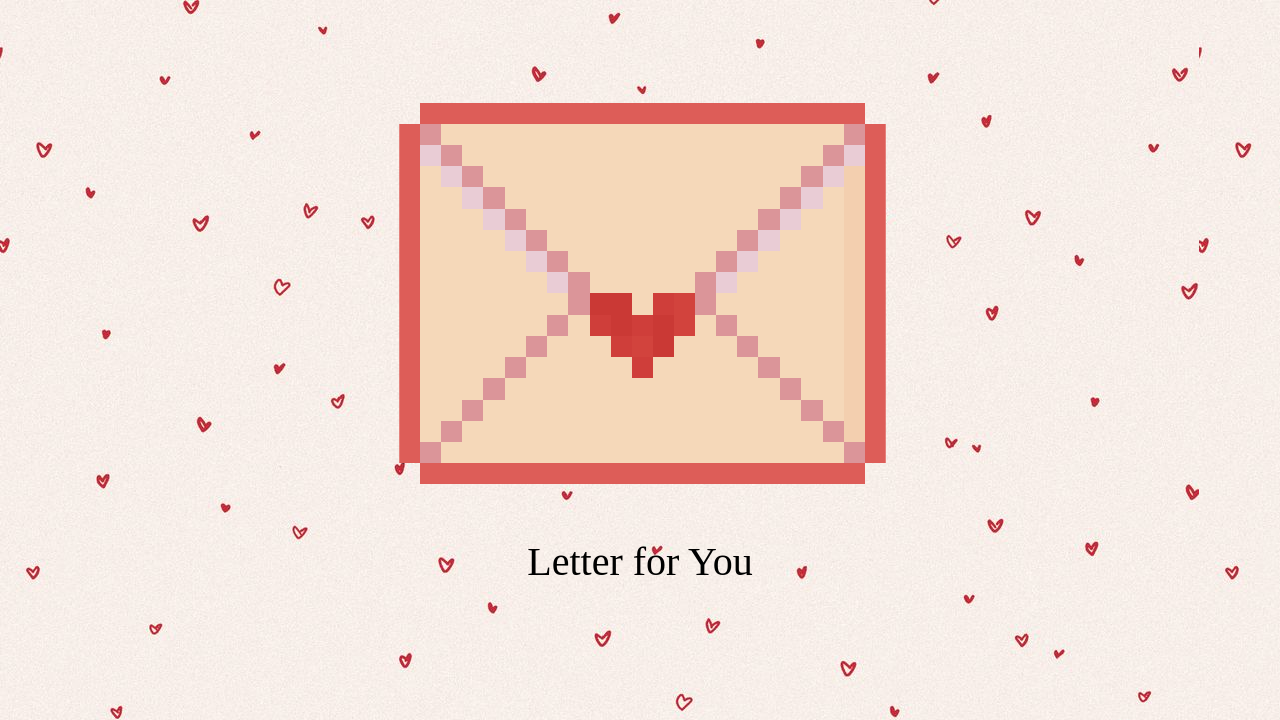
Repository: boofoo-png/valentines
Page: index.html
These files come from the project's save history. The page is drawn as it stood at one moment and after a run of saves; the edit follows.
The browser window is 1280 px wide. The pictures show the whole page.
Some web fonts or font styles are not loaded; a fallback is used.

Above is the page before, as saved 2026-02-01 22:31:30.

### index.html
<!doctype html>
<html lang="en">
    <head>
        <meta charset="UTF-8" />
        <link rel="stylesheet" href="styles.css" />
        <meta name="viewport" content="width=device-width, initial-scale=1.0" />

        <link rel="preconnect" href="https://fonts.googleapis.com" />
        <link rel="preconnect" href="https://fonts.gstatic.com" crossorigin />
        <link
            href="https://fonts.googleapis.com/css2?family=Pixelify+Sans:wght@400..700&family=Playfair+Display:ital,wght@0,400..900;1,400..900&display=swap"
            rel="stylesheet" />
        <title>Valentine Letter</title>
    </head>
    <body>
        <!-- envelope screen-->
        <div id="envelope-container">
            <img src="envelope.png" alt="Envelope" id="envelope-image" />
            <p>Letter for You</p>
        </div>

        <!-- letter screen-->
        <div id="letter-container">
            <div class="letter-window">
                <h1 id="letter-title">Will You Be My Valentine?</h1>

                <img src="cat_heart.gif" alt="Cat" class="letter-cat" />

                <div class="buttons" id="letter-buttons">
                    <img src="yes.png" class="btn yes-btn" alt="yes" />
                    <div class="no-wrapper">
                        <img src="no.png" class="btn no-btn" alt="no" />
                    </div>
                </div>
                <p id="final-text" class="final-text" style="display: none">
                    <strong>Valentine Date: February 14th</strong> Jay Nok at
                    7pm
                </p>
            </div>
        </div>
        <script src="script.js"></script>
    </body>
</html>

### styles.css
body {
    margin: 0;
    height: 100vh;
    display: flex;
    justify-content: center;
    align-items: center;
    background-image: url("heart-bg.jpg");
}

/*Envelope Screen*/

#envelope-container {
    text-align: center;
    cursor: pointer;
}

@keyframes pulse {
    0% {
        transform: scale(1);
    }
    50% {
        transform: scale(1.1);
    }
    100% {
        transform: scale(1);
    }
}

#envelope {
    width: 200px;
    animation: pulse 1.5s infinite;
    cursor: pointer;
}

#letter-container {
    display: none;
    position: fixed;
    inset: 0;
    justify-content: center;
    align-items: center;
}

.letter-window {
    width: 90vw;
    max-width: 800px;
    aspect-ratio: 3/2;
    padding: 20px 20px 0 20px;
    display: flex;
    flex-direction: column;
    justify-content: center;
    text-align: center;
    background-image: url("window.png");
    background-size: contain;
    background-repeat: no-repeat;
    background-position: center;
    border-radius: 12px;
    gap: 1px;
    padding-top: 180px;

    transform: scale(1.2);
    opacity: 0;
    transition:
        transform 0.6s ease,
        opacity 0.6s ease;
}

.letter-window.open {
    transform: scale(1);
    opacity: 1;
}
h1 {
    font-size: 30px;
    margin: 0;
}
p {
    font-size: 40px;
}

/* Cat */
.cat {
    width: 250px;
    margin: 10px 0;
    transition: width 0.4s ease;
}
.letter-window.final .cat {
    width: 180px;
}

/*buttons*/
.buttons {
    display: flex;
    justify-content: center;
    gap: 30px;
    position: relative;
}

.no-wrapper {
    position: relative;
}

.btn {
    width: 120px;
    cursor: pointer;
    user-select: none;
}

.yes-btn,
.no-btn {
    width: 120px;
    height: auto;
    display: inline-block;
}

.yes-btn {
    position: relative;
    z-index: 2;
    transform-origin: center center;
    transition: transform 0.3s ease;
}

.no-btn {
    z-index: 1;
    position: relative;
    transition: transform 0.15s ease;
    cursor: default;
}

.final-text {
    font-size: 22px;
    line-height: 1.4;
    text-align: center;
    display: inline-block;
    padding: 10px 20px;
    background-color: rgba(225, 240, 240, 0.5);
    border-radius: 12px;
}

### script.js
const envelope = document.getElementById("envelope-container");
const letter = document.getElementById("letter-container");
const noBtn = document.querySelector(".no-btn");
const yesBtn = document.querySelector(".yes-btn");

const title = document.getElementById("letter-title");
const catImg = document.getElementById("letter-cat");
const buttons = document.getElementById("letter-buttons");
const finalText = document.getElementById("final-text");

// click envelope

envelope.addEventListener("click", () => {
    envelope.style.display = "none";
    letter.style.display = "flex";

    setTimeout(() => {
        document.querySelector(".letter-window").classList.add("open");
    }, 50);
});

//logic to make YES btn to grow

let yesScale = 1;

yesBtn.style.position = "relative";
yesBtn.style.transformOrigin = "center center";
yesBtn.style.transition = "transform 0.3 ease";

noBtn.addEventListener("click", () => {
    yesScale += 2;

    if (yesBtn.style.position !== fixed) {
        yesBtn.style.position = "fixed";
        yesBtn.style.top = "50%";
        yesBtn.style.left = "50%";
        yesBtn.style.transform = "translate(-50%, -50%) scale(${yesScale})";
    } else {
        yesBtn.style.transform = "translate(-50%, -50%) scale(${yesScale})";
    }
});

//yes if clicked

yesBtn.addEventListener("click", () => {
    title.textContent = "YIPPEEEEE";

    catImg.src = "cat_dance.gif";

    document.querySelector(".letter-window").classList.add("final");

    buttons.style.display = "none";

    finalText.style.display = "block";
});

After the next 3 saves:
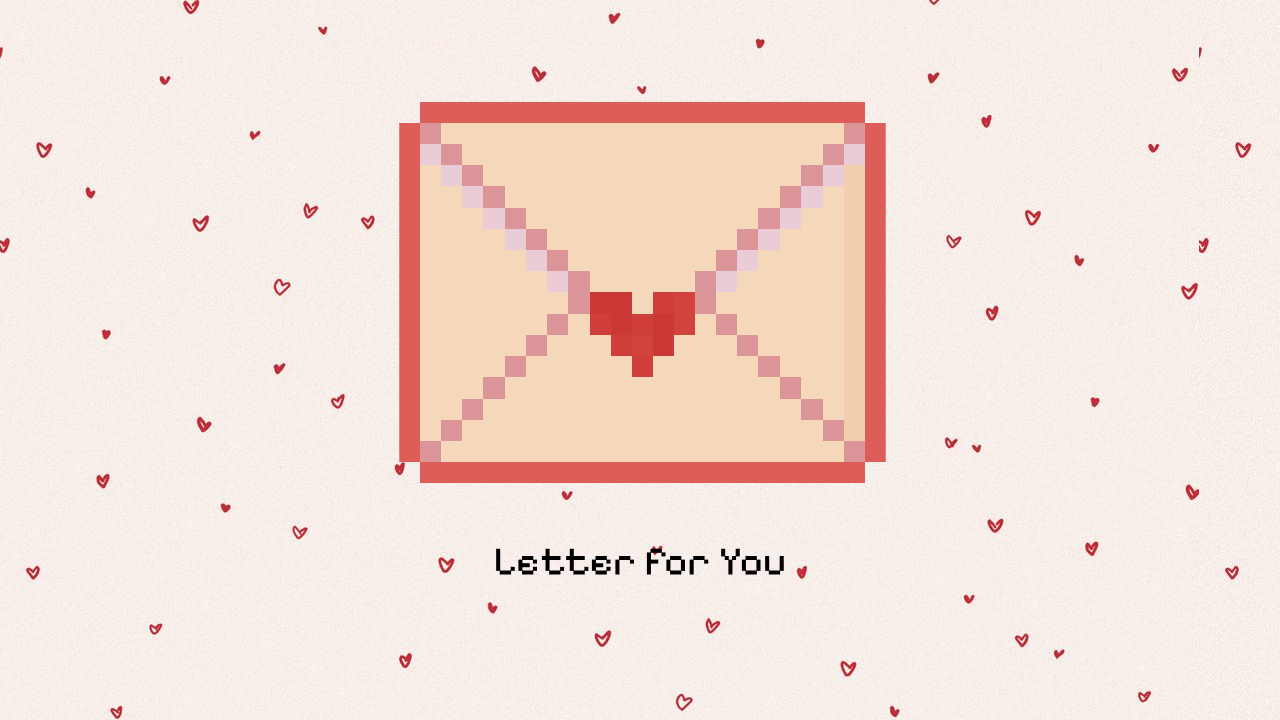
The 3 saves are shown as one change because they came seconds apart.
The last was saved 34 s later.
--- a/styles.css
+++ b/styles.css
@@ -5,6 +5,7 @@ body {
     justify-content: center;
     align-items: center;
     background-image: url("heart-bg.jpg");
+    font-family: "Pixelify Sans", sans-serif;
 }
 
 /*Envelope Screen*/
